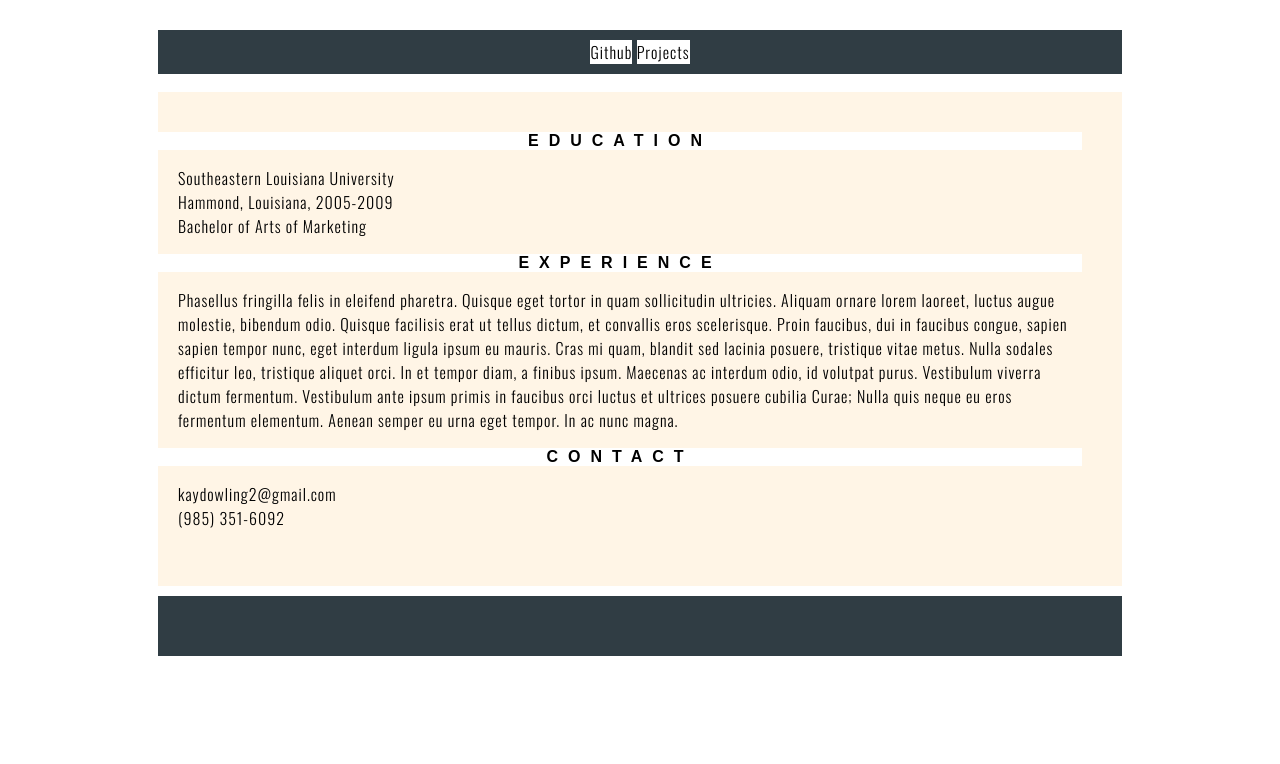
Repository: kayladowling/jekyll_website
Page: index.html
The author's editor kept a record of every edit. The page is drawn from the files as they stood at one moment, then again after the next edit.
The browser window is 1280 px wide. The pictures show the part of the page from y = 240 to 1098 px (the page is 1004 px tall before and 1098 px after).

Above is the page before.
Not found: file.js

After the next edit:
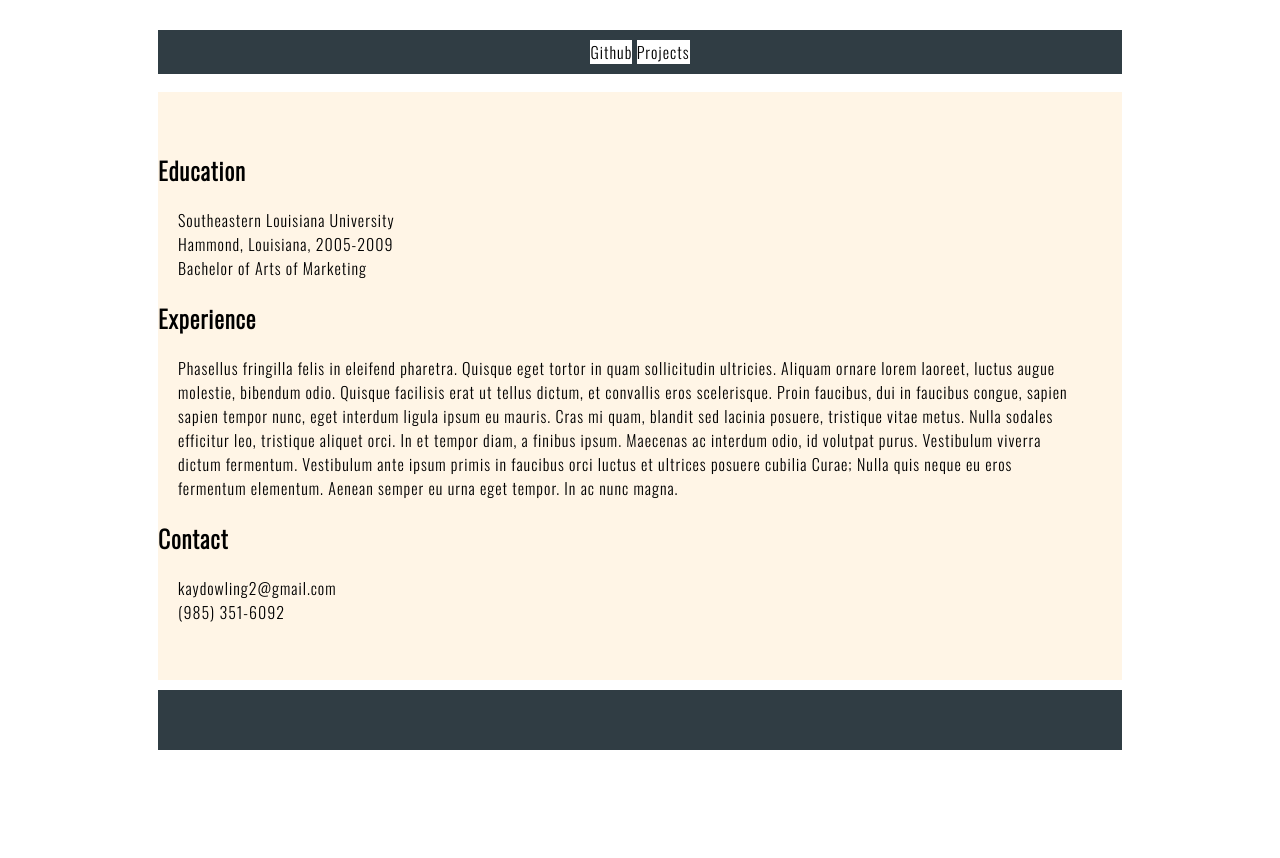
The edit:
--- a/css/home.css
+++ b/css/home.css
@@ -51,19 +51,6 @@
     margin: 0px;
 }
 
-main h2 {
-    background-color: white;
-    margin: 0px;
-    color: black;
-    font-family: Arial;
-    font-size: 16px;
-    font-weight: bold;
-    letter-spacing: 10px;
-    text-transform: uppercase;
-    text-align: center;
-}
-
-
 
 p {
     color: black;

After the edit that followed:
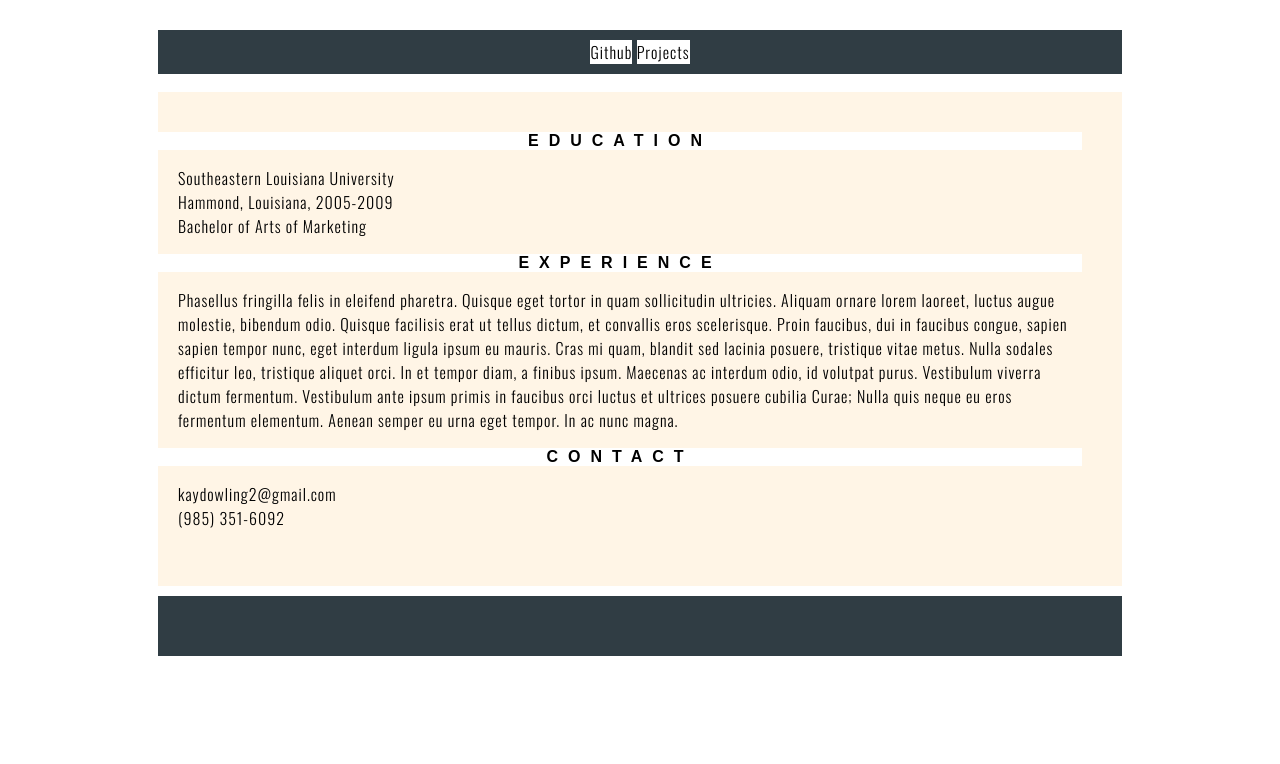
The edit:
--- a/css/home.css
+++ b/css/home.css
@@ -8,6 +8,19 @@
 
 img {
     float: left;
+}
+
+h2 {
+    background-color: white;
+    padding: 0px;
+    margin: 0px;
+    color: black;
+    font-family: Arial;
+    font-size: 16px;
+    font-weight: bold;
+    letter-spacing: 10px;
+    text-transform: uppercase;
+    text-align: center;
 }
 
 header {
